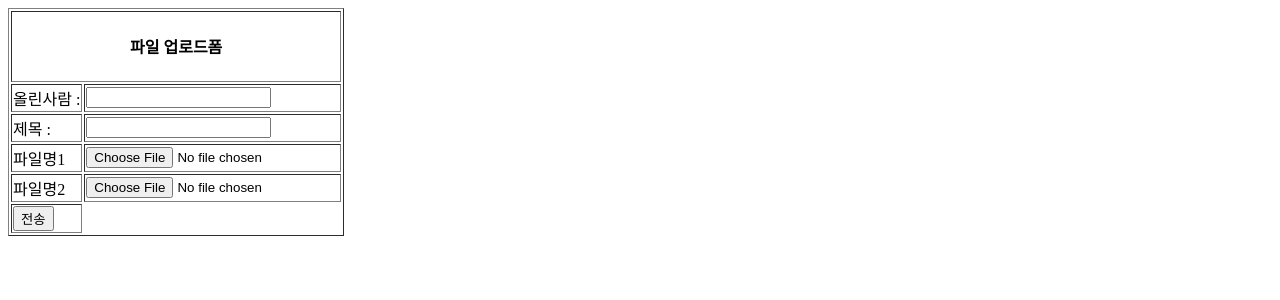
Repository: gunvv00/jsp
Page: http://localhost/FileUpLoad/fileCheck.jsp
These files come from the project's save history. The page is drawn as it stood at one moment and after the next save; the edit follows.
The browser window is 1280 px wide. The pictures show the whole page.
The page is served by Tomcat 9.

Above is the page before, as saved 2020-04-27 06:03:34.

### FileUpLoad/WebContent/fileCheck.jsp
<%@ page language="java" contentType="text/html; charset=EUC-KR"
    pageEncoding="EUC-KR"%>
<!DOCTYPE html>
<html>
<head>
<meta charset="EUC-KR">
<title>Insert title here</title>
</head>
<body>
<form action="fileUpload.jsp" enctype="multipart/form-data">
<table border="1" >
	<tr>
		<td colspan="2" align="center"><h4>파일 업로드폼</h4></td>
	</tr>
	<tr>
		<td>올린사람 : </td>
		<td><input type="text" name = "userName"></td>
	</tr>
	<tr>
		<td>제목 : </td>
		<td><input type="text" name = "title"></td>
	</tr>
	<tr>
		<td>파일명1</td>
		<td align="right"><input type="file" name = "file1" value="찾아보기"></td>
	</tr>
	<tr>
		<td>파일명2</td>
		<td align="right"><input type="file" name = "file2" value="찾아보기"></td>
	</tr>
	<tr>
		<td><input type="submit" value="전송"></td>
	</tr>
</table>
</form>
</body>
</html>

After the next save:
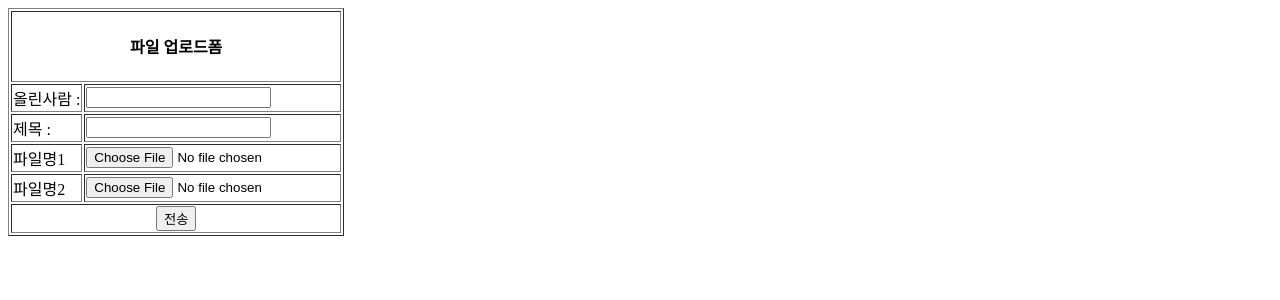
Saved 23 s later.
--- a/FileUpLoad/WebContent/fileCheck.jsp
+++ b/FileUpLoad/WebContent/fileCheck.jsp
@@ -29,7 +29,7 @@
 		<td align="right"><input type="file" name = "file2" value="찾아보기"></td>
 	</tr>
 	<tr>
-		<td><input type="submit" value="전송"></td>
+		<td colspan="2" align="center"><input type="submit" value="전송"></td>
 	</tr>
 </table>
 </form>
